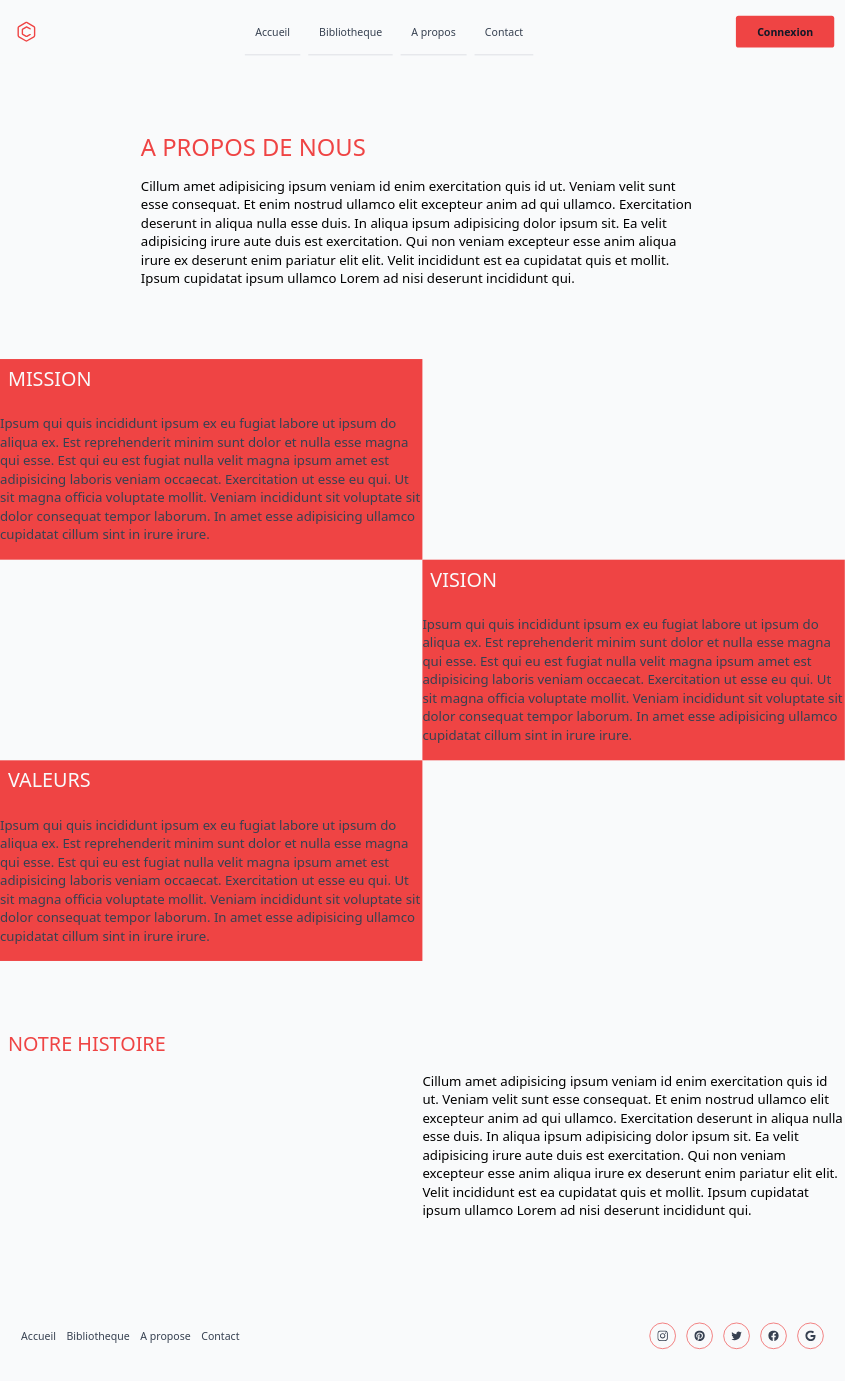
Repository: erulabs243/museum
Page: /about
These files come from the project's save history. The page is drawn as it stood at one moment and after the next save; the edit follows.
The browser window is 1280 px wide. The pictures show the whole page, at 66% of full size.
The project was rebuilt for these pictures with package versions that can differ from the ones it lists, and the page was loaded fresh each time. Also part of the build but not shown: vite.config.js, src/pages/admin/Home.jsx, src/pages/commons/NotFound.jsx, src/components/atoms/TagBadge.jsx, src/components/atoms/MyAudioPlayer.jsx, src/components/atoms/MyVideoPlayer.jsx, src/components/atoms/MediaCard.jsx, src/components/sections/Testimonial.jsx and 16 more.

Above is the page before, as saved 2022-08-10 14:32:38.

After the next save:
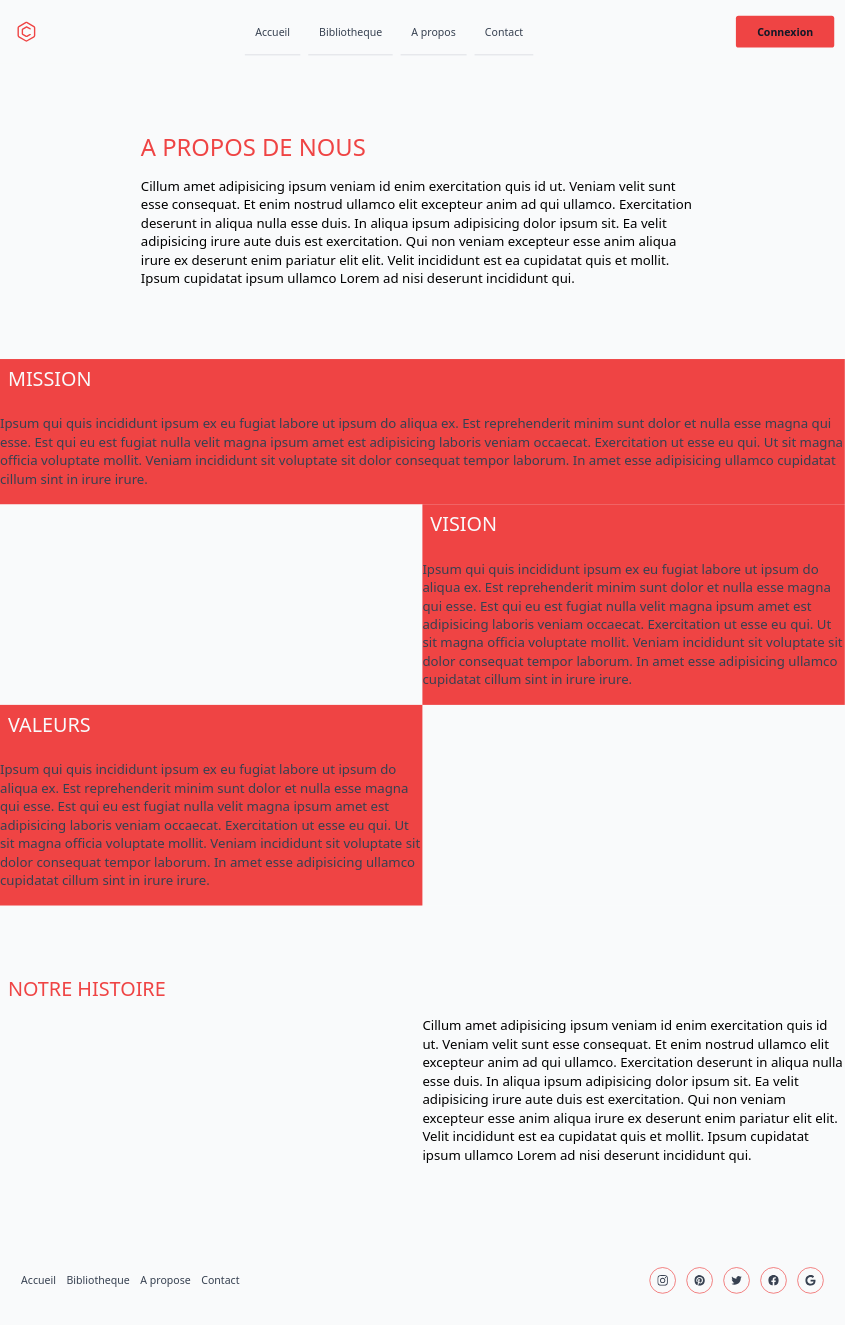
Saved 26 s later.
--- a/src/pages/user/About.jsx
+++ b/src/pages/user/About.jsx
@@ -28,7 +28,7 @@
 
             {/* MISSION */}
             <section>
-                <div className="grid grid-cols-2">
+                <div className="sm:grid sm:grid-cols-2">
                     <div className="bg-red-500 text-gray-50 p-24">
                         <h1 className="text-3xl text-left py-3 px-3 uppercase">Mission</h1>
                         <p className="text-xl w-2/3 text-gray-700 mx-auto py-6">

After the 3 saves that followed:
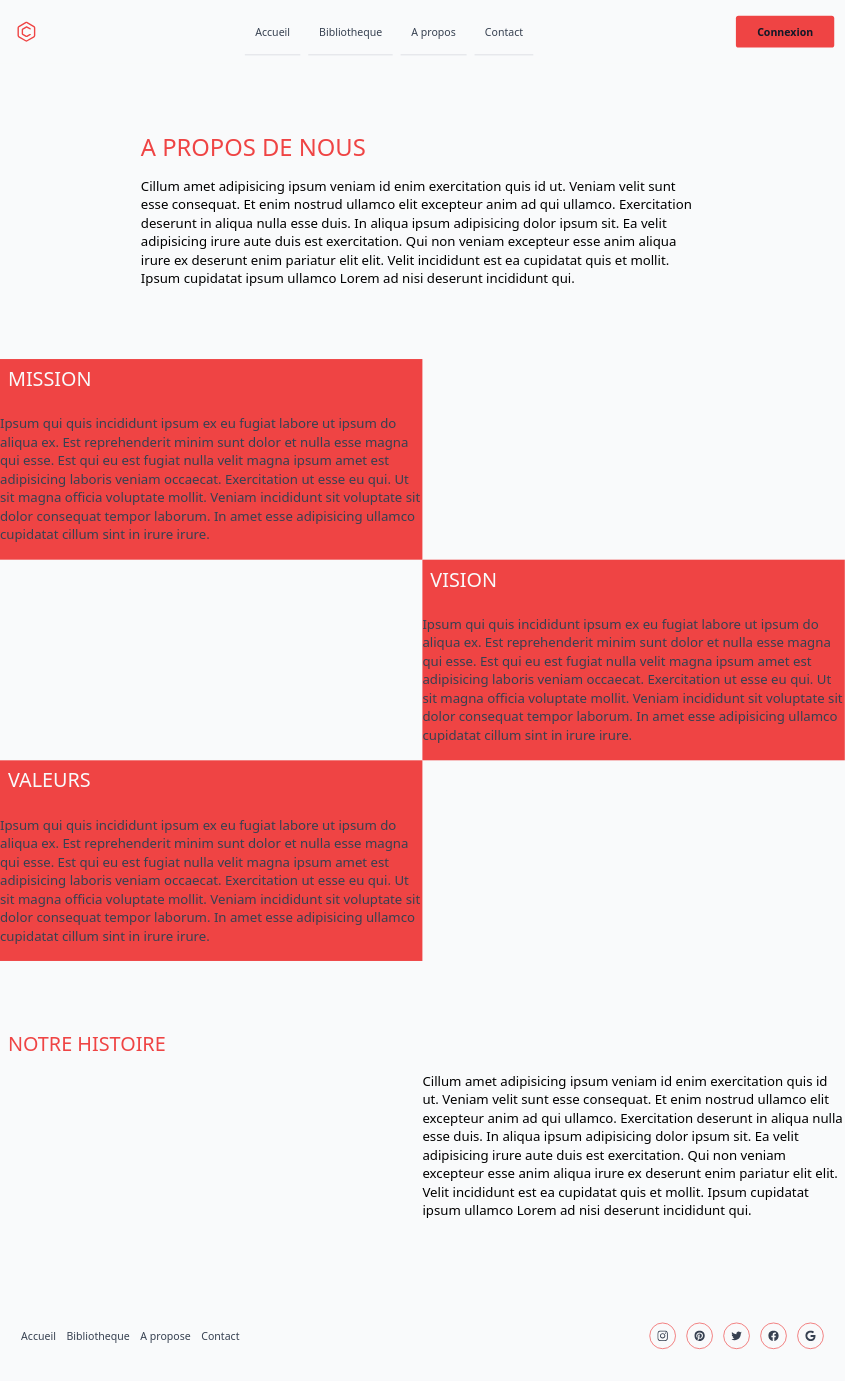
The 3 saves are shown as one change because 2 left the picture as it was.
The last was saved 38 s later.
--- a/src/pages/user/About.jsx
+++ b/src/pages/user/About.jsx
@@ -28,7 +28,7 @@
 
             {/* MISSION */}
             <section>
-                <div className="sm:grid sm:grid-cols-2">
+                <div className="grid grid-cols-1 md:grid-cols-2">
                     <div className="bg-red-500 text-gray-50 p-24">
                         <h1 className="text-3xl text-left py-3 px-3 uppercase">Mission</h1>
                         <p className="text-xl w-2/3 text-gray-700 mx-auto py-6">
